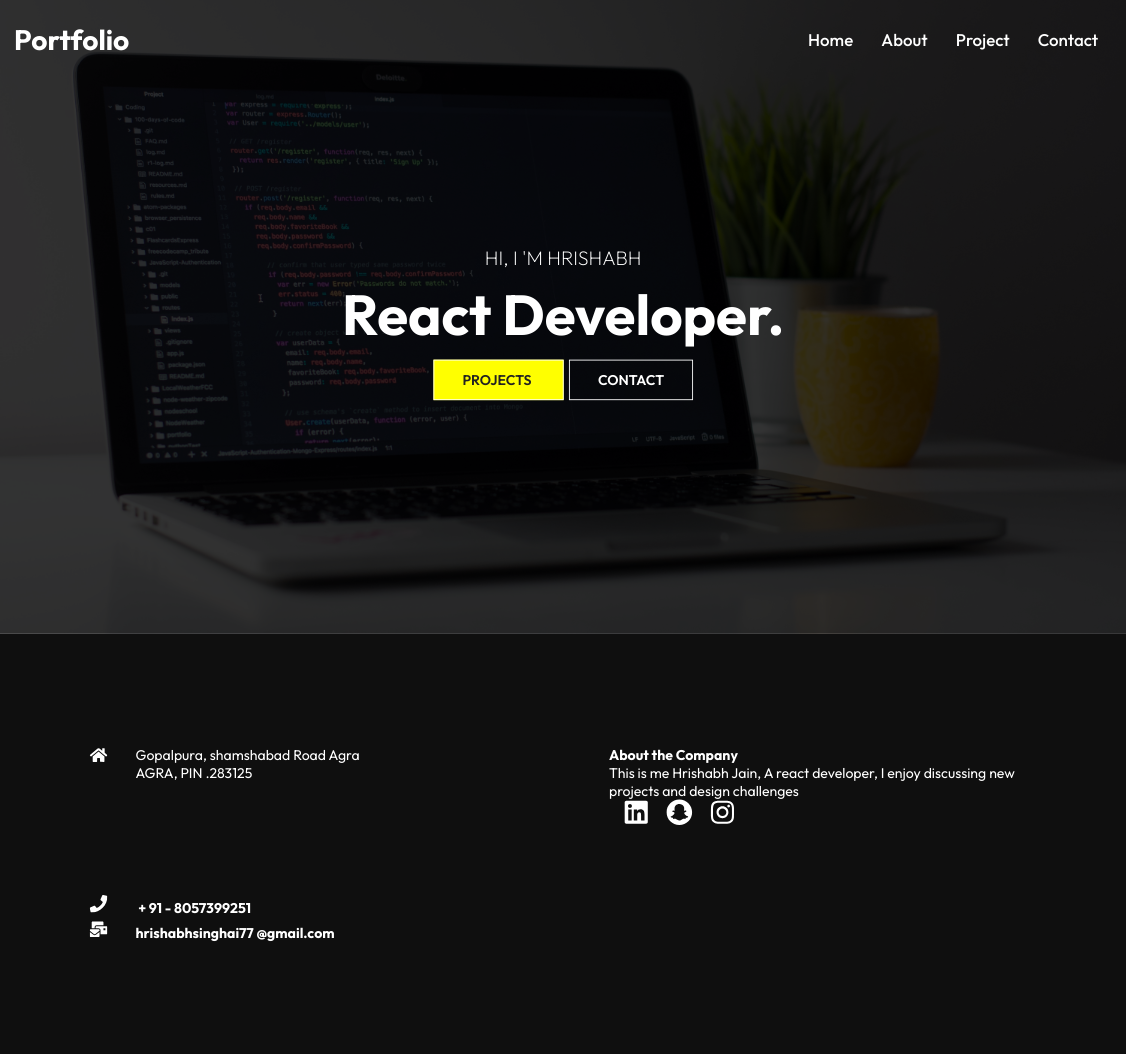
Repository: Hrishabhsinghai/Portfolio
Page: /
These files come from the project's save history. The page is drawn as it stood at one moment and after the next save; the edit follows.
The browser window is 1280 px wide. The pictures show the whole page, at 88% of full size.
The project was rebuilt for these pictures with package versions that can differ from the ones it lists, and the page was loaded fresh each time. Also part of the build but not shown: src/routes/About.js, src/routes/Project.js, src/routes/Contact.js.

Above is the page before, as saved 2024-01-04 16:07:35.

### src/index.css
@import url("https://fonts.googleapis.com/css2?family=Orbitron&family=Outfit:wght@100;200;300;400;500;600;700;800;900&display=swap");
* {
  box-sizing: border-box;
  margin: 0;
  padding: 0;
  font-family: "Outfit", sans-serif;
}

body {
  background: black;
}

h1,
h4,
p,
a {
  color: #fff;
  text-decoration: none;
}

ul {
  list-style-type: none;
}

.btn {
  padding: 12px 32px;
  font-size: 1rem;
  text-transform: uppercase;
  color: #222;
  border: 1px solid #fff;
  font-weight: 600;
  cursor: pointer;
  background: yellow;
}

.btn-light {
  background: transparent;
  color: #fff;
}

.btn-hover {
  background: rgba(255, 255, 255, 0.2);
  color: #fff;
  transition: 0.3;
}

### src/App.js
import "./index.css";
import Home from "./routes/Home";
import About from "./routes/About";
import Project from "./routes/Project";
import Contact from "./routes/Contact";
import { Route, Routes } from "react-router-dom";

function App() {
  return (
    <>
      <Routes>
        <Route path="/" element={<Home />} />{" "}
        <Route path="/project" element={<Project />} />{" "}
        <Route path="/About" element={<About />} />{" "}
        <Route path="/Contact" element={<Contact />} />{" "}
      </Routes>{" "}
    </>
  );
}

export default App;

### src/routes/Home.js
import React from "react";
import Navbar from "../components/Navbar";
import HeroImg from "../components/HeroImg";
import Footer from "../components/Footer";

const Home = () => {
  return (
    <div>
      <Navbar />
      <HeroImg />
      <Footer />
    </div>
  );
};

export default Home;

### src/components/Navbar.js
import { Link } from "react-router-dom";
import "./NavbarStyles.css";

import { FaBars, FaTimes } from "react-icons/fa";
import { useState } from "react";

const Navbar = () => {
  const [click, setClick] = useState(false);
  const handleClick = () => setClick(!click);

  const [color, settColor] = useState(false);
  const changeColor = () => {
    if (window.scrollY >= 100) {
      settColor(true);
    } else {
      settColor(false);
    }
  };

  window.addEventListener("scroll", changeColor);

  return (
    <div className={click ? "header header-bg" : "header"}>
      <Link to="/">
        {" "}
        <h1> Portfolio </h1>{" "}
      </Link>{" "}
      <ul className={click ? "nav-menu active" : "nav-menu"}>
        <li>
          <Link to="/"> Home </Link>{" "}
        </li>{" "}
        <li>
          <Link to="/About"> About </Link>{" "}
        </li>{" "}
        <li>
          <Link to="/Project"> Project </Link>{" "}
        </li>{" "}
        <li>
          <Link to="/Contact"> Contact </Link>{" "}
        </li>{" "}
      </ul>{" "}
      <div className="hamburger" onClick={handleClick}>
        {" "}
        {click ? (
          <FaTimes size={20} style={{ color: "#fff" }} />
        ) : (
          <FaBars size={20} style={{ color: "#fff" }} />
        )}{" "}
      </div>{" "}
    </div>
  );
};

export default Navbar;

### src/components/HeroImg.js
import "./HeroImgStyles.css";
import "../index.css";
import IntroImg from "../assets/IntroImg.jpg";
import React from "react";
import { Link } from "react-router-dom";

const HeroImg = () => {
  return (
    <div className="hero">
      <div className="mask">
        <img className="into-img" src={IntroImg} alt="IntroImg" />
      </div>{" "}
      <div className="content">
        <p> HI, I 'M HRISHABH </p> <h1> React Developer. </h1>{" "}
        <div>
          <Link to="/project" className="btn">
            {" "}
            Projects{" "}
          </Link>{" "}
          <Link to="/contact" className="btn btn-light">
            {" "}
            Contact{" "}
          </Link>{" "}
        </div>{" "}
      </div>{" "}
    </div>
  );
};

export default HeroImg;

### src/components/Footer.js
import "./FooterStyles.css";

import React from "react";
import {
  FaHome,
  FaInstagram,
  FaLinkedin,
  FaMailBulk,
  FaPhone,
  FaSnapchat,
} from "react-icons/fa";

const Footer = () => {
  return (
    <div className="footer">
      <div className="footer-container">
        <div className="left">
          <div className="location">
            <FaHome size={20} style={{ color: "#fff", marginRight: "2rem" }} />{" "}
            <div>
              <p> Gopalpura, shamshabad Road Agra </p>{" "}
              <p> AGRA, PIN .283125 </p>{" "}
            </div>{" "}
          </div>{" "}
          <div className="phone">
            <h4>
              {" "}
              <FaPhone
                size={20}
                style={{ color: "#fff", marginRight: "2rem" }}
              />{" "}
              + 91 - 8057399251{" "}
            </h4>{" "}
          </div>{" "}
          <div className="email">
            <h4>
              {" "}
              <FaMailBulk
                size={20}
                style={{ color: "#fff", marginRight: "2rem" }}
              />
              hrishabhsinghai77 @gmail.com{" "}
            </h4>{" "}
          </div>{" "}
        </div>{" "}
        <div className="right">
          <h4> About the Company </h4>{" "}
          <p>
            {" "}
            This is me Hrishabh Jain, A react developer, I enjoy discussing new
            projects and design challenges{" "}
          </p>{" "}
          <div className="social">
            <h4>
              <FaLinkedin
                size={30}
                style={{ color: "#fff", marginLeft: "1rem" }}
              />{" "}
              <FaSnapchat
                size={30}
                style={{ color: "#fff", marginLeft: "1rem" }}
              />{" "}
              <FaInstagram
                size={30}
                style={{ color: "#fff", marginLeft: "1rem" }}
              />{" "}
            </h4>{" "}
          </div>{" "}
        </div>{" "}
      </div>{" "}
    </div>
  );
};

export default Footer;

### src/components/NavbarStyles.css
.header {
  display: flex;
  justify-content: space-between;
  align-items: center;
  padding: 1rem;
  position: fixed;
  width: 100%;
  height: 90px;
  z-index: 10;
}

.header-bg {
  background-color: rgba(0, 0, 0, 0.85);
  transition: 0.5s;
}

.nav-menu {
  display: flex;
}

.nav-menu li {
  padding: 0 1rem;
}

.nav-menu li a {
  font-size: 1.2rem;
  font-weight: 500;
}

.hamburger {
  display: none;
}

@media screen and (max-width: 1040px) {
  .nav-menu {
    flex-direction: column;
    justify-content: center;
    align-items: center;
    width: 100%;
    height: 100vh;
    background: rgba(0, 0, 0, 0.9);
    position: absolute;
    top: 0;
    left: -100%;
    z-index: -3;
    transition: 0.3s;
  }
  .nav-menu.active {
    left: 0;
  }
  .nav-menu li {
    padding: 1rem 0;
  }
  .nav-menu li a {
    font-size: 2rem;
  }
  .hamburger {
    display: initial;
  }
}

### src/components/HeroImgStyles.css
.mask {
  width: 100%;
  height: 100vh;
  position: relative;
}

.into-img {
  width: 100%;
  height: 100vh;
  background-size: cover;
  background-position: center;
  object-fit: cover;
}

.mask::after {
  content: "";
  width: 100%;
  height: 100vh;
  position: absolute;
  top: 0;
  left: 0;
  background-color: #000;
  opacity: 0.8;
}

.hero {
  height: 100%;
  width: 100;
}

.hero .content {
  position: absolute;
  transform: translate(-50%, -50%);
  top: 50%;
  left: 50%;
  text-align: center;
}

.hero .content h1 {
  font-size: 4rem;
  padding: 0.6rem 0 1.5rem;
}

.hero .content p {
  font-size: 1.4rem;
  font-weight: 200;
  text-transform: uppercase;
}

.content .btn {
  margin: 1rem 0.2rem;
}

@media screen and (max-width: 640px) {
  .hero .content h1 {
    font-size: 3rem;
  }
  .hero .content p {
    font-size: 1.4rem;
  }
}

### src/components/FooterStyles.css
.footer {
  width: 100%;
  padding: 6rem 0;
  background-color: rgba(19, 19, 19, 0.8);
}

.footer-container {
  max-width: 1140px;
  margin: auto;
  display: grid;
  grid-template-columns: repeat(2, 1fr);
  grid-gap: 40px;
}

.left {
  height: 100%;
  max-width: 100%;
  display: flex;
  flex-direction: column;
  padding: 2rem;
}

.location {
  display: flex;
  margin-bottom: 0.8rem;
}

.location {
  display: flex;
  margin-bottom: 8rem;
}

.phone {
  line-height: 30px;
}

.right {
  height: 100%;
  max-width: 100%;
  display: flex;
  flex-direction: column;
  padding: 2rem;
}

Loaded but not shown: public/index.html (common file); src/index.js (common file)

After the next save:
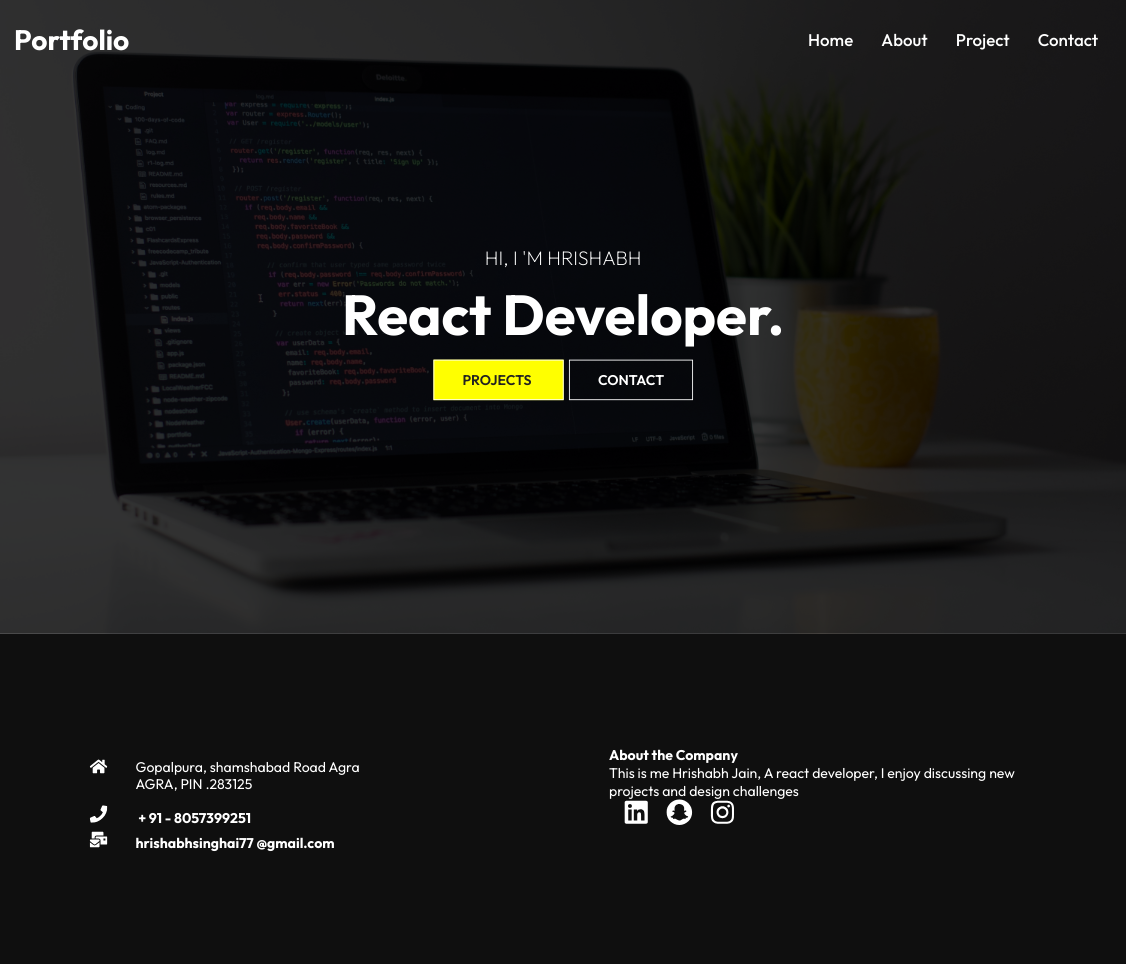
Saved 13 s later.
--- a/src/components/FooterStyles.css
+++ b/src/components/FooterStyles.css
@@ -27,7 +27,7 @@
 
 .location {
   display: flex;
-  margin-bottom: 8rem;
+  margin-top: 0.8rem;
 }
 
 .phone {
